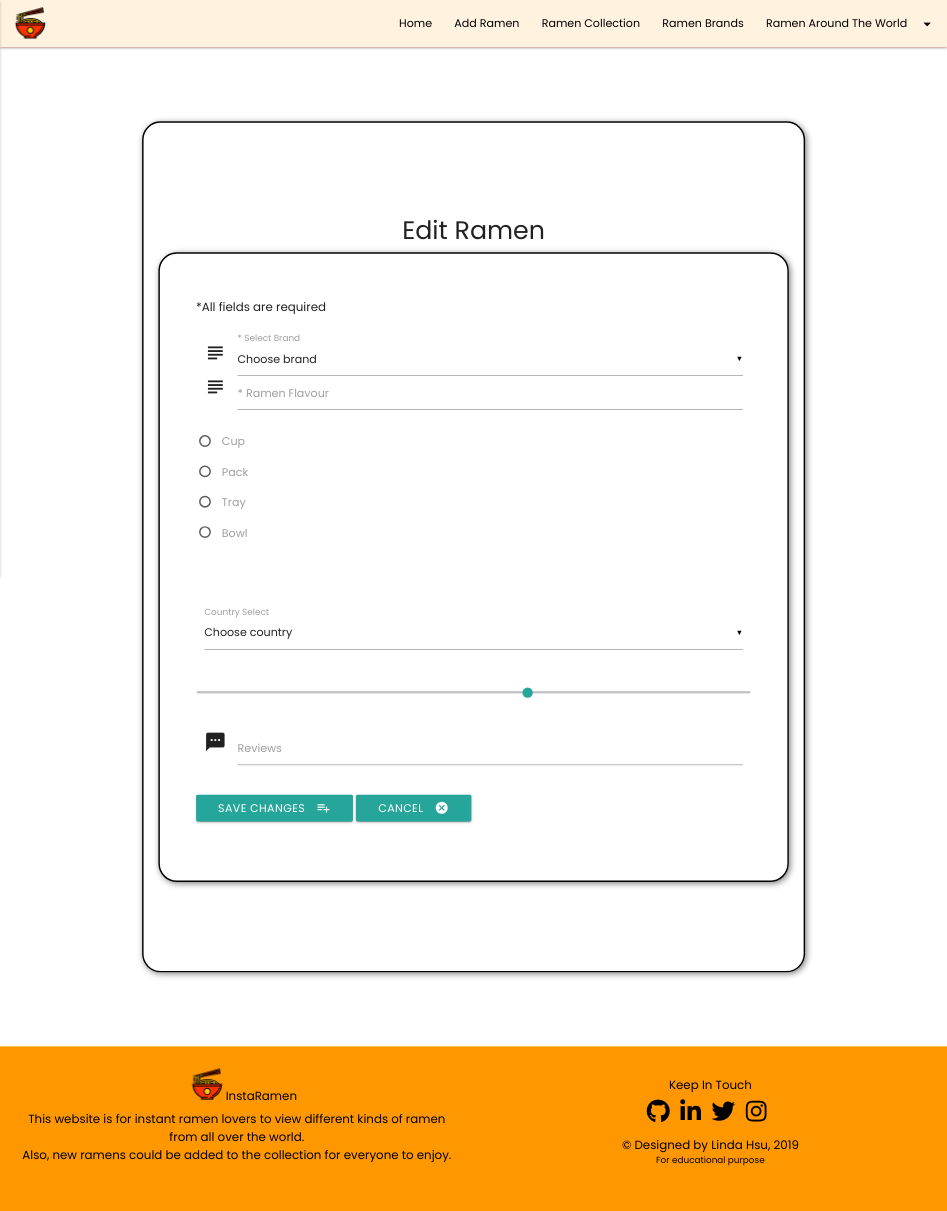
Repository: Paddlepop25/codeinstitute-insta-ramen
Page: templates/edit_ramen.html
The author's editor kept a record of every edit. The page is drawn from the files as they stood at one moment, then again after the next edit.
The browser window is 1280 px wide. The pictures show the whole page, at 74% of full size.
Some web libraries are served in a nearby version. The page is served by the project's application, run on Flask 3 (app.py). The template is opened directly, without the code that normally fills it, so the values that code supplies are empty.

Above is the page before.

### templates/edit_ramen.html
{% extends 'base.html' %} {% block content %}

<div class="container edit-ramen">
  <h4>Edit Ramen</h4>
  <form action="{{ url_for('update_ramen', ramen_id=ramen._id) }}" method="POST" class="ramen-form">
    <div class="row">
      <span>*</span><span>All fields are required</span>
    </div>

    <div class="row">
      <div class="input-field col s12">
        <i class="material-icons prefix">subject</i>
        <select required id="brand" name="brand">
          <option value="" disabled selected>Choose brand</option>
          {% for ramen_brand in brands | sort (attribute='brand') %}
          {% if ramen_brand.brand == ramen.brand %}
              <option value="{{ ramen_brand.brand }}" selected>{{ ramen_brand.brand|capitalize}}</option>
            {% else %}
            <option value="{{ ramen_brand.brand }}">{{ ramen_brand.brand }}</option>
              {% endif %}
          {% endfor %}
        </select>
        <label><span>* </span>Select Brand</label>
      </div>
    </div>

    <div class="row select-flavour">
      <div class="input-field col s12">
        <i class="material-icons prefix">subject</i>
        <input id="flavour" name="flavour" type="text" value="{{ramen.flavour}}">
        <label for="ramen_flavour"><span>* </span>Ramen Flavour</label>
      </div>
    </div>

    <div class="row select-packaging">
      <p>
        {% if ramen.style == "Cup" %}
        <input class="with-gap" name="style" type="radio" id="cup" value="Cup" checked/> {% else %}
        <input class="with-gap" name="style" type="radio" id="cup" value="Cup" /> {% endif %}
        <label for="cup">Cup</label>
      </p>
      <p>
        {% if ramen.style == "Pack" %}
        <input class="with-gap" name="style" type="radio" id="pack" value="Pack" checked/> {% else %}
        <input class="with-gap" name="style" type="radio" id="pack" value="Pack" /> {% endif %}
        <label for="pack">Pack</label>
      </p>
      <p>
        {% if ramen.style == "Tray" %}
        <input class="with-gap" name="style" type="radio" id="tray" value="Tray" checked/> {% else %}
        <input class="with-gap" name="style" type="radio" id="tray" value="Tray" /> {% endif %}
        <label for="tray">Tray</label>
      </p>
      <p>
        {% if ramen.style == "Bowl" %}
        <input class="with-gap" name="style" type="radio" id="bowl" value="Bowl" checked/> {% else %}
        <input class="with-gap" name="style" type="radio" id="bowl" value="Bowl" /> {% endif %}
        <label for="bowl">Bowl</label>
      </p>
    </div>

    <div class="row">
      <div class="input-field col s12">
        <select id="country" name="country">
                    <option value disabled selected>Choose country</option>
                      {% for ramen_country in countries %}
                      {% if ramen_country.country == ramen.country %}
                        <option value="{{ ramen_country.country }}" selected>{{ ramen_country.country }}</option>
                      {% else %}
                      <option value="{{ ramen_country.country }}">{{ ramen_country.country }}</option>
                        {% endif %}
                    {% endfor %}
                  </select>
        <label>Country Select</label>
      </div>
    </div>


    <div class="row">
      <p class="range-field">
        <input type="range" id="stars" name="stars" min="0" max="5" value="{{ramen.stars}}" />
      </p>
    </div>

    <div class="row">
      <div class="input-field col s12">
        <i class="material-icons prefix">textsms</i>
        <input id="reviews" name="reviews" type="text" value="{{ramen.reviews}}">
        <label for="ramen_reviews">Reviews</label>
      </div>
    </div>

    <div class="row">
      <button class="btn waves-effect waves-light" type="submit" name="action">Save Changes
                  <i class="material-icons right">playlist_add</i>
                </button>
      <a href="{{url_for('get_ramen')}}" class="btn"><i class="material-icons right">cancel</i>Cancel</a>

    </div>
  </form>
</div>


{% endblock %}

### templates/base.html
<!DOCTYPE html>
<html>

<head>
  <link href="https://fonts.googleapis.com/icon?family=Material+Icons" rel="stylesheet">
  <link rel="stylesheet" href="https://cdnjs.cloudflare.com/ajax/libs/materialize/0.100.2/css/materialize.min.css">
  <link rel="stylesheet" href="https://use.fontawesome.com/releases/v5.8.1/css/all.css" integrity="sha384-50oBUHEmvpQ+1lW4y57PTFmhCaXp0ML5d60M1M7uH2+nqUivzIebhndOJK28anvf" crossorigin="anonymous" />
  <link href="https://fonts.googleapis.com/css?family=Montserrat|Poppins|Roboto&display=swap" rel="stylesheet">
  <link rel="icon" href="{{ url_for('static', filename='images/favicon.ico') }}" type="image/x-icon" />
  <link rel="stylesheet" href="/static/styles/styles.css" type="text/css" />

  <!-- Meta Data -->
  <meta charset="UTF-8">
  <meta name="viewport" content="width=device-width, initial-scale=1, shrink-to-fit=no">
  <meta http-equiv="X-UA-Compatible" content="ie=edge">
  <meta name="description" content="Insta Ramen">
  <meta name="keywords" content="Noodles, Ramen, Instant, Cup, Bowl, Packet">
  <meta name="author" content="Linda Hsu">

  <title>InstaRamen - {{ title }} </title>
</head>

<body>
  <header>
    <div class="navbar-fixed">
    <nav>
      <div class="nav-wrapper orange lighten-5">
        <a href="{{url_for('index')}}" class="brand-logo"><img class="ramen_logo" src="{{ url_for('static', filename='images/noodle_icon.png') }}" alt="Ramen noodles with chopsticks logo"/></a>
        <a href="#" data-activates="mobile-demo" class="button-collapse"><i class="material-icons">menu</i></a>
        <ul class="right hide-on-med-and-down">
          <li><a href="{{url_for('index')}}">Home</a></li>
          <li><a href="{{url_for('add_ramen')}}">Add Ramen</a></li>
          <li><a href="{{url_for('get_ramen')}}">Ramen Collection</a></li>
          <li><a href="{{url_for('get_brands')}}">Ramen Brands</a></li>
          <li><a class="dropdown-button" href="#!" data-activates="dropdown1">Ramen Around The World<i class="material-icons right">arrow_drop_down</i></a>
            <ul id="dropdown1" class="dropdown-content">
              <li><a href="{{ url_for('ramen_asia') }}">Asia</a></li>
              <li><a href="{{ url_for('ramen_americas') }}">The Americas</a></li>
              <li><a href="{{ url_for('ramen_europe') }}">Europe</a></li>
              <li><a href="{{ url_for('ramen_rest_world') }}">Rest Of The World</a></li>
            </ul>
          </li>
        </ul>
        <ul class="side-nav" id="mobile-demo">
          <li><a href="{{url_for('index')}}">Home</a></li>
          <li><a href="{{url_for('add_ramen')}}">Add Ramen</a></li>
          <li><a href="{{url_for('get_ramen')}}">Ramen Collection</a></li>
          <li><a href="{{url_for('get_brands')}}">Ramen Brands</a></li>
          <li><a href="{{ url_for('ramen_asia') }}">Ramen from Asia</a></li>
          <li><a href="{{ url_for('ramen_americas') }}">Ramen from The Americas</a></li>
          <li><a href="{{ url_for('ramen_europe') }}">Ramen from Europe</a></li>
          <li><a href="{{ url_for('ramen_rest_world') }}">Ramen from Rest Of The World</a></li>
        </ul>
      </div>
    </nav>
    </div>
  </header>

  {% block content %} {% endblock %}
    <div class="container-fluid">
  <footer class="page-footer orange">
      <div class="row">
        <div class="col s12 m6 footer-logo">
          <div class="website-info">
            <a href="{{url_for('index')}}" class="brand-logo"><img class="ramen_logo" src="{{ url_for('static', filename='images/noodle_icon.png') }}" alt="Ramen noodles with chopsticks logo"/></a>
            <a href="{{url_for('index')}}">InstaRamen</a>
          </div>
          <p>This website is for instant ramen lovers to view different kinds of ramen from all over the world.
          <br>
          Also, new ramens could be added to the collection for everyone to enjoy.</p>
        </div>

        <div class="col s12 m6 footer-social">
          <p>Keep In Touch</p>
          <span><a href="https://github.com/Paddlepop25" target="_blank"><i class="fab fa-github fa-2x"></i></a></span>
          <span><a href="https://www.linkedin.com/in/lindahsu007/" target="_blank"><i class="fab fa-linkedin-in fa-2x"></i></a></span>
          <span><a href="https://twitter.com/shecodeshsucode" target="_blank"><i class="fab fa-twitter fa-2x"></i></a></span>
          <span><a href="https://www.instagram.com/shecodeshsucodes/" target="_blank"><i class="fab fa-instagram fa-2x"></i></a></span>
          <p class="design">&copy; Designed by Linda Hsu, 2019</p>
          <small>For educational purpose</small>
        </div>
      </div>
  </footer>
    </div>

  <script src="https://cdnjs.cloudflare.com/ajax/libs/jquery/3.2.1/jquery.min.js"></script>
  <script src="https://cdnjs.cloudflare.com/ajax/libs/materialize/0.100.2/js/materialize.min.js"></script>
  <!--<script type="text/javascript" src="./static/scripts/app.js"></script>-->
  <script type="text/javascript">
    $(document).ready(function() {
      $(".button-collapse").sideNav();
      $('select').material_select();
      $(".dropdown-button").dropdown();
    });
  </script>
</body>

</html>

### app.py
import os
from flask import Flask, render_template, redirect, request, url_for, send_from_directory
from flask_pymongo import PyMongo, DESCENDING
from bson.objectid import ObjectId
import re
import math
from werkzeug.utils import secure_filename

app = Flask(__name__)
app.config['UPLOAD_FOLDER'] = '/home/ubuntu/environment/uploads'
app.config['MONGO_DBNAME'] = 'ramen_database'
app.config["MONGO_URI"] = os.environ.get("MONGO_URI")

mongo = PyMongo(app)

@app.route('/')
def index():
    lastest_three=mongo.db.ramens.find().sort([("_id", DESCENDING)]).limit(3)
    return render_template('index.html', title="Home", lastest_three=lastest_three)

@app.route('/display_ramen/<ramen_id>', methods=['GET'])
def display_ramen(ramen_id):
    ramen = mongo.db.ramens.find_one({"_id": ObjectId(ramen_id)})
    return render_template('display_ramen.html', title="Display Ramen", ramen=ramen)

@app.route('/get_ramen')
def get_ramen():
    ramens=mongo.db.ramens.find().sort([("_id", DESCENDING)])
    return render_template('ramen_collection.html', title="Ramen Collection", ramens=ramens)

@app.route('/ramen_asia')
def ramen_asia():
    ramens=mongo.db.ramens.find({'Continent': 'Asia'})
    return render_template('ramen_asia.html', title="Asian", ramens=ramens)

@app.route('/ramen_europe')
def ramen_europe():
    ramens=mongo.db.ramens.find({'Continent': 'Europe'})
    return render_template('ramen_europe.html', title="Europe", ramens=ramens)

@app.route('/ramen_americas')
def ramen_americas():
    ramens=mongo.db.ramens.find({'Continent': 'The Americas'})
    return render_template('ramen_americas.html', title="Europe", ramens=ramens)

@app.route('/ramen_rest_world')
def ramen_rest_world():
    ramens=mongo.db.ramens.find({'Continent': 'The Rest'})
    return render_template('ramen_rest_world.html', title="Rest Of The World", ramens=ramens)

@app.route('/ramen_world')
def ramen_world():
    ramens=mongo.db.ramens.find(
        {'$or':
            [{'Continent': 'Asia'},{'Continent': "Europe"},{'Continent': "The Americas"},{'Continent': "The Rest"}]
        }
        )
    return render_template('ramen_world.html', title="Rest Of The World", ramens=ramens)

@app.route('/search_ramen')
def search_ramen():
    orig_query = request.args['query']
    query = {'$regex': re.compile('.*{}.*'.format(orig_query)), '$options': 'i'}
    print(query)
    results=mongo.db.ramens.find({'flavour': query})

    # if file and allowed_file(file.filename):
    #         filename = secure_filename(file.filename)
    #         file.save(os.path.join(app.config['UPLOAD_FOLDER'], filename))
    #         return redirect(url_for('uploaded_file',
    #                                 filename=filename))

    ramen = []
    for result in results:
        ramen.append(result)

    return render_template('ramen_search.html', title="Search Results", query=orig_query, ramen_search=ramen)

@app.route('/add_ramen')
def add_ramen():
    brands = mongo.db.brands.find()
    countries=mongo.db.countries.find()
    return render_template('add_ramen.html', title="Add a Ramen", countries=countries, brands=brands)

@app.route('/insert_ramen', methods=['POST'])
def insert_ramen():
    ramens = mongo.db.ramens
    new_ramen = {
        'brand': request.form.get('brand'),
        'flavour':request.form.get('flavour'),
        'style': request.form.get('style'),
        'country':request.form.get('country'),
        'stars':int(request.form.get('stars')),
        'review':request.form.get('reviews')
    }
    ramens.insert_one(new_ramen)
    return redirect(url_for('get_ramen'))

@app.route('/edit_ramen/<ramen_id>', methods=['GET'])
def edit_ramen(ramen_id):
    ramen = mongo.db.ramens.find_one({"_id": ObjectId(ramen_id)})
    brands = mongo.db.brands.find()
    countries = mongo.db.countries.find()
    return render_template('edit_ramen.html', title="Edit Ramen", ramen=ramen, brands=brands, countries=countries)

@app.route('/update_ramen/<ramen_id>', methods=["POST"])
def update_ramen(ramen_id):
    ramen = mongo.db.ramens
    ramen.update( {'_id': ObjectId(ramen_id)},
    {
        'brand': request.form.get('brand'),
        'flavour':request.form.get('flavour'),
        'style': request.form.get('style'),
        'country':request.form.get('country'),
        'stars':int(request.form.get('stars')),
        'reviews':request.form.get('reviews')
    })
    return redirect(url_for('get_ramen'))

@app.route('/delete_ramen/<ramen_id>')
def delete_ramen(ramen_id):
    mongo.db.ramens.remove({'_id': ObjectId(ramen_id)})
    return redirect(url_for('get_ramen'))

@app.route('/get_brands')
def get_brands():
    brands = mongo.db.brands.find()
    return render_template('brands.html', title="Ramen Brands", brands=brands)

@app.route('/add_brands')
def add_brands():
    brands = mongo.db.brands.find()
    add_a_brand = mongo.db.ramens.find()
    return render_template('add_brands.html', title="Add a Brand", add_a_brand=add_a_brand, brands=brands)

@app.route('/insert_brand', methods=['POST'])
def insert_brand():
    brand = mongo.db.brands
    query = request.form.get('brand').lower()
    find_brand = mongo.db.brands.find_one({'brand': query})
    if find_brand is None:
        new_brand = {
            'Brand': request.form.get('brand').lower()
        }
        brand.insert_one(new_brand)
    return redirect(url_for('add_ramen'))

@app.errorhandler(404)
def error_404(not_found):
    return render_template('error404.html', title="Error 404", not_found=not_found)

if __name__ == '__main__':
    app.run(host=os.environ.get('IP'),
            port=int(os.environ.get('PORT')),
            debug=True)

### static/styles/styles.css
body {
    font-size: 16px;
    font-family: 'Poppins', cursive;
    /*background: #FFF5E6;*/
}

.noodle_img_index img {
    width: 100vw;
    opacity: 0.8;
}

.nav-wrapper ul li:last-child li a {
    color: #ef6c00;
}

.nav-wrapper ul li a {
    color: #000000;
}

.welcome-page {
    text-align: center;
}

.welcome-page h1 {
    font-size: 2rem;
    margin-top: 10px;
    margin-bottom: 0;
}

.welcome-message {
    position: relative;
    top: -68px;
}

.welcome-message p {
    padding: 0 25px;
    font-size: 1rem;
}

.search-section {
    position: relative;
    top: -35px;
}

.search-button button {
    width: 60%;
    border-radius: 15px;
}

.search-button button:hover {
    color: #000000;
}

.search-result {
    position: relative;
    margin: 0 0 5% 20%;
}

.sorry-cat {
    width: 100%;
}

.error-page p {
    font-size: 1.2rem;
    text-align: center;
    margin-top: 30px;
}

.error-page a {
    width: 60%;
    margin-left: 20%;
}

.ramen_logo {
    width: 2.8rem;
    margin-left: 20px;
    margin-top: 10px;
}

.card .card-content {
    padding: 24px 10px;
}

.index-page-card {
    position: relative;
    top: -70px;
}

.index-page-card .card .card-content {
    overflow-y: scroll;
    min-height: 200px;
}

.index-page-card h4 {
    font-size: 1.8rem;
}

.index-page-card .card-content {
    text-align: center;
}

.index-page-card a {
    position: relative;
    width: 60%;
    margin: 0 0 5% 20%;
    border-radius: 15px;
}

.index-page-card a:hover {
    color: #000000;
}

/* Search page*/

.search-page-card .card .card-content {
    overflow-y: scroll;
    min-height: 200px;
}

.search-page-card h4 {
    font-size: 1.8rem;
    text-align: center;
}

.search-page-card .card-content {
    text-align: left;
}

.search-page-card a {
    position: relative;
    width: 60%;
    margin: 0 0 5% 20%;
    border-radius: 15px;
}

.search-page-card a:hover {
    color: #000000;
}


/* Add Ramen page*/

.add-ramen h4 {
    position: relative;
    top: 90px;
    text-align: center;
}

.ramen-form {
    border: 2px solid black;
    border-radius: 25px;
    box-shadow: 2px 2px 8px grey;
    margin: 100px auto;
    padding: 20px;
}

.edit-ramen h4 {
    position: relative;
    top: 90px;
    text-align: center;
}

.edit-ramen {
    border: 2px solid black;
    border-radius: 25px;
    box-shadow: 2px 2px 8px grey;
    margin: 100px auto;
    padding: 20px;
}

/*Footer*/

footer a,
p,
small {
    color: #000000;
}

.page-footer {
    padding-bottom: 20px;
}

.page-footer a:last-child:hover {
    color: #ffffff;
}

.footer-logo {
    text-align: center;
}

.footer-logo p {
    position: relative;
    top: -8px;
    padding: 0px 18px;
}

.footer-logo small {
    position: relative;
    top: -25px;
}

.footer-social {
    text-align: center;
}

.footer-social a:hover {
    color: #ffffff;
}

.footer-social p:first-child {
    margin-top: 0;
    margin-bottom: 7px;
}

.footer-social span {
    margin-right: 10px;
}

.design {
    margin-top: 15px;
    margin-bottom: 0;
}

.footer-social small {
    position: relative;
    top: -5px;
}

/* Add Ramen Page*/

.dropdown-content li>a,
.dropdown-content li>span {
    color: #ef6c00;
}

.select-brand p {
    margin-top: -20px;
}

.select-brand a {
    width: 100%;
    border-radius: 15px;
}

.select-packaging {
    position: relative;
    top: -20px;
}

.select-country-stars {
    position: relative;
    top: -15px;
}

.select-country-stars .stars {
    position: relative;
    top: 9px;
}

.select-reviews {
    position: relative;
    top: -15px;
}

.select-submit button {
    position: relative;
    top: -25px;
    width: 100%;
    border-radius: 15px;
}

.select-submit a {
    width: 100%;
    border-radius: 15px;
}

/* Ramen Collection Page */

.ramen-collection-page h4 {
    font-size: 2.5rem;
    text-align: center;
}

.ramen-collection-page .card .card-content {
    overflow-y: scroll;
    min-height: 230px;
}

.ramen-collection-page h4 {
    font-size: 1.8rem;
}

.ramen-collection-page .card-content {
    text-align: left;
}

.ramen-collection-page a {
    position: relative;
    width: 60%;
    margin: 0 0 5% 20%;
    border-radius: 15px;
}

.ramen-collection-page a:hover {
    color: #000000;
}


/* Display Page */

.display-page img {
    width: 100%;
    margin-top: 40px;
}

.display-page p {
    padding-left: 30px;
    padding-right: 30px;
}

.display-edit-delete a {
    width: 100%;
    border-radius: 10px;
}

.display-edit-delete div:first-child {
    position: relative;
    top: -15px;
}

/* Asia Collection */

.asia-page h4 {
    font-size: 2.5rem;
    text-align: center;
}

.asia-page .card .card-content {
    overflow-y: scroll;
    min-height: 230px;
}

.asia-page h4 {
    font-size: 1.8rem;
}

.asia-page .card-content {
    text-align: left;
}

.asia-page a {
    position: relative;
    width: 60%;
    margin: 0 0 5% 20%;
    border-radius: 15px;
}

.asia-page a:hover {
    color: #000000;
}

/* Europe page */

.europe-page h4 {
    font-size: 2.5rem;
    text-align: center;
}

.europe-page .card .card-content {
    overflow-y: scroll;
    min-height: 230px;
}

.europe-page h4 {
    font-size: 1.8rem;
}

.europe-page .card-content {
    text-align: left;
}

.europe-page a {
    position: relative;
    width: 60%;
    margin: 0 0 5% 20%;
    border-radius: 15px;
}

.europe-page a:hover {
    color: #000000;
}

/* The Americas page */

.america-page h4 {
    font-size: 2.5rem;
    text-align: center;
}

.america-page .card .card-content {
    overflow-y: scroll;
    min-height: 230px;
}

.america-page h4 {
    font-size: 1.8rem;
}

.america-page .card-content {
    text-align: left;
}

.america-page a {
    position: relative;
    width: 60%;
    margin: 0 0 5% 20%;
    border-radius: 15px;
}

.america-page a:hover {
    color: #000000;
}

/* The Rest Of The World page */

.rest-world-page h4 {
    font-size: 2.5rem;
    text-align: center;
}

.rest-world-page .card .card-content {
    overflow-y: scroll;
    min-height: 230px;
}

.rest-world-page h4 {
    font-size: 1.8rem;
}

.rest-world-page .card-content {
    text-align: left;
}

.rest-world-page a {
    position: relative;
    width: 60%;
    margin: 0 0 5% 20%;
    border-radius: 15px;
}

.rest-world-page a:hover {
    color: #000000;
}

@media (min-width: 601px) {
    .index-page-card .card .card-content {
        overflow-y: scroll;
        min-height: 290px;
    }

    .welcome-page h1 {
        font-size: 2.8rem;
    }

    .welcome-message p {
        font-size: 1.1rem;
    }

    .index-page-card h4 {
        font-size: 2.5rem;
        text-align: center;
    }
    .footer-social {
        position: relative;
        top: 4.5vh;
    }

    .ramen-form {
        padding: 60px;
    }

    .select-brand a {
        width: 40%;
    }

    .select-flavour {
        position: relative;
        top: -55px;
    }

    .select-country-stars {
        position: relative;
        top: -60px;
    }

    .select-reviews {
        position: relative;
        top: -80px;
    }

    .display-details p {
        padding-left: 50px;
    }

    .display-brand {
        padding-top: 30px
    }


    .display-edit-delete div:first-child {
        position: relative;
        top: 0;
    }

}

@media (min-width: 601px) {
    .index-page-card .card .card-content {
        overflow-y: scroll;
        min-height: 240px;
    }

    .select-brand a {
        position: relative;
        left: 250px;
        bottom: 54px;
    }

    .select-packaging {
        position: relative;
        top: -65px;
    }

    .select-submit button {
        position: relative;
        top: -80px;
    }

    .select-submit a {
        position: relative;
        top: -80px;
    }

}

@media (min-width: 993px) {
    .welcome-page h1 {
        font-size: 3rem;
    }

    .index-page-card h4 {
        font-size: 2.7rem;
    }
}

@media (min-width: 1200px) {
    .welcome-page h1 {
        font-size: 3.3rem;
    }
    .index-page-card h4 {
        font-size: 3rem;
    }
    .index-page-card .card .card-content {
        overflow-y: scroll;
        min-height: 220px;
    }
}


@media (min-width: 1022px) {
    .footer-social {
        position: relative;
        top: 3vh;
    }
}

@media (min-width: 1450px) {
    .footer-social {
        position: relative;
        top: 1.5vh;
    }
}

After the next edit:
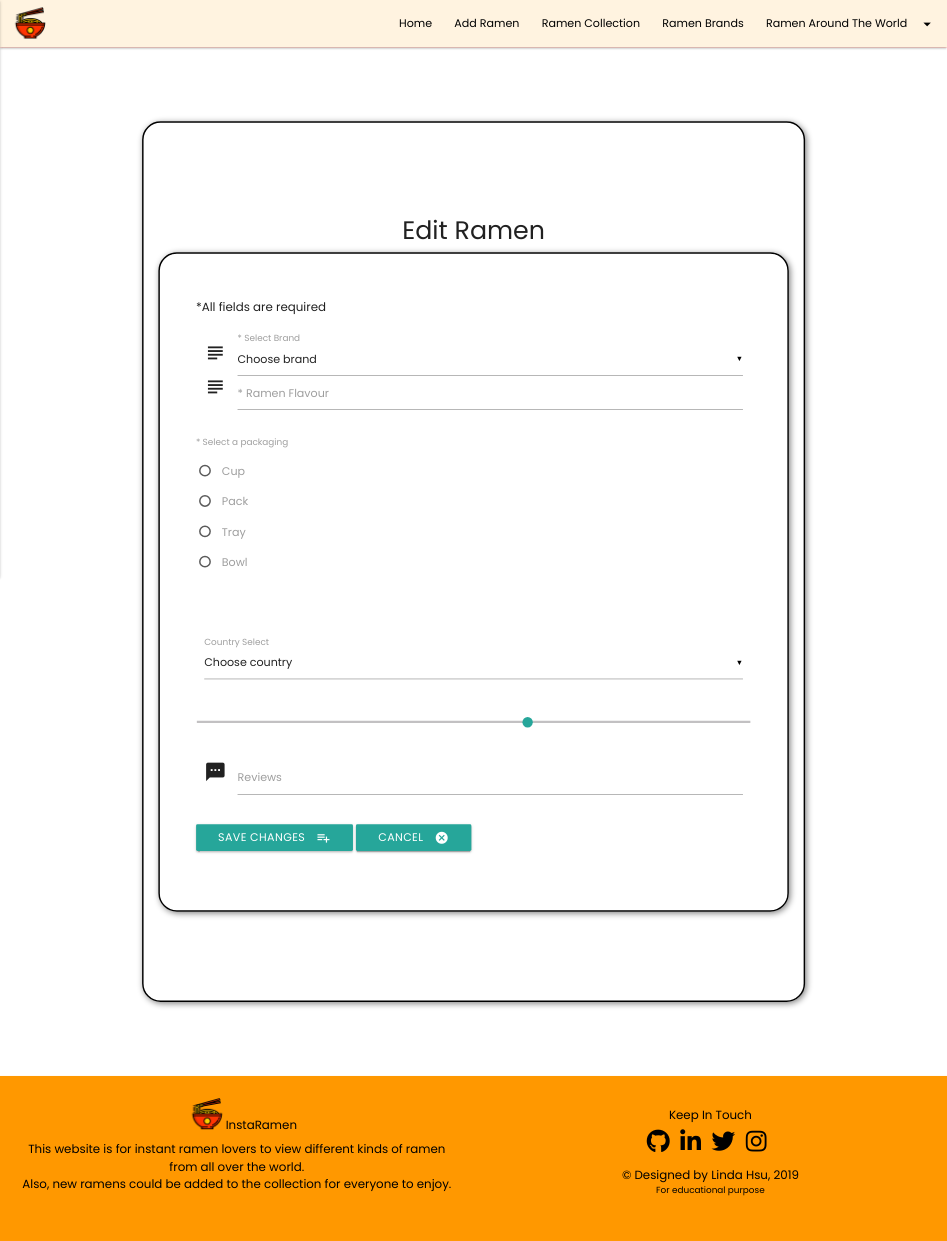
The edit:
--- a/templates/edit_ramen.html
+++ b/templates/edit_ramen.html
@@ -33,6 +33,7 @@
     </div>
 
     <div class="row select-packaging">
+      <label><span>* </span>Select a packaging</label>
       <p>
         {% if ramen.style == "Cup" %}
         <input class="with-gap" name="style" type="radio" id="cup" value="Cup" checked/> {% else %}
